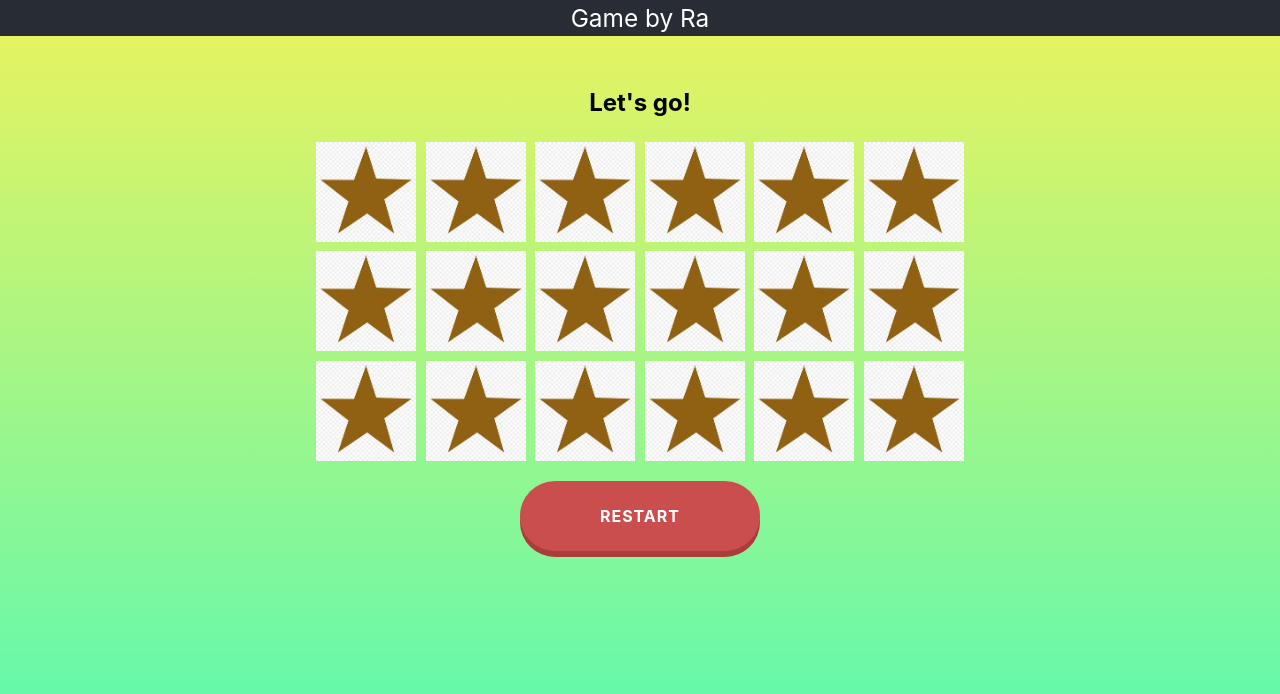
Repository: Sergioramasano/ramos-game
Page: /
An editor plug-in stored every save of this project. The page is shown before and after the next save, followed by the edit.
The browser window is 1280 px wide. The pictures show the whole page.
The project was rebuilt for these pictures with package versions that can differ from the ones it lists, and the page was loaded fresh each time.

Above is the page before, as saved 2021-02-11 20:40:18.

After the next save:
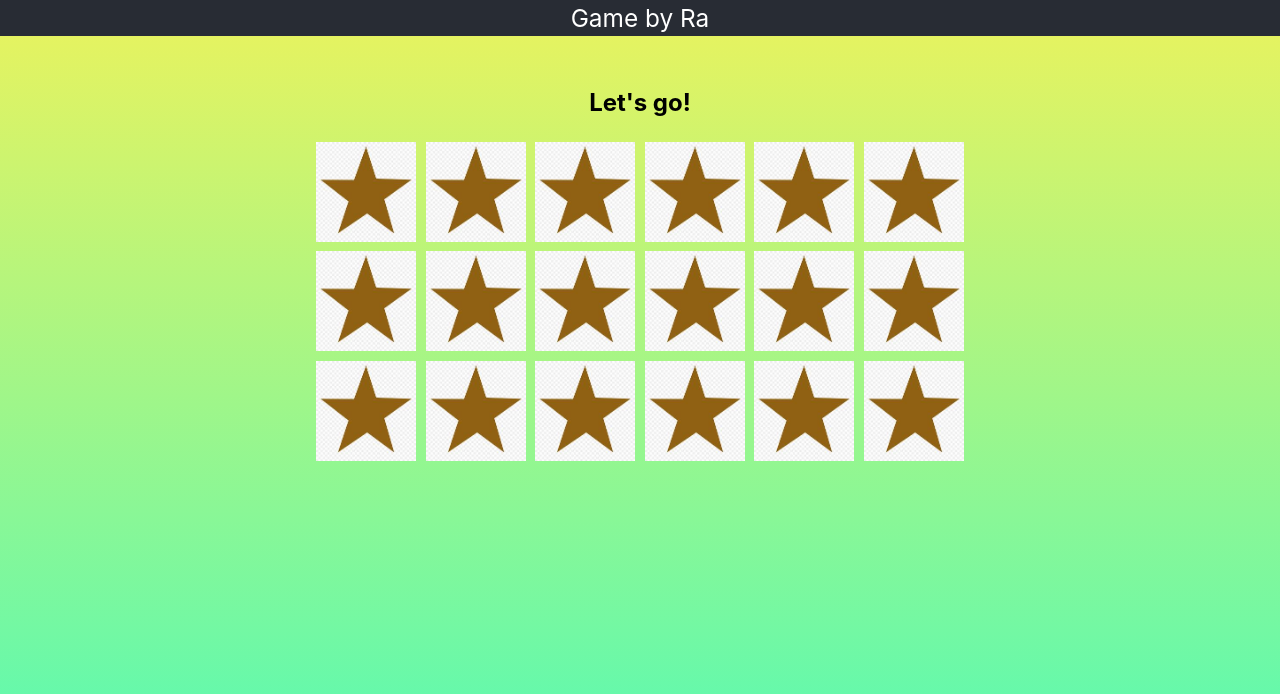
Saved 2 min 40 s later.
--- a/src/components/GameBox/GameBox.js
+++ b/src/components/GameBox/GameBox.js
@@ -68,9 +68,6 @@
           ></Cards>
         )}
       </section>
-      <button onClick={() => props.logger()} className={styles.button}>
-        Restart
-      </button>
     </main>
   );
 };
